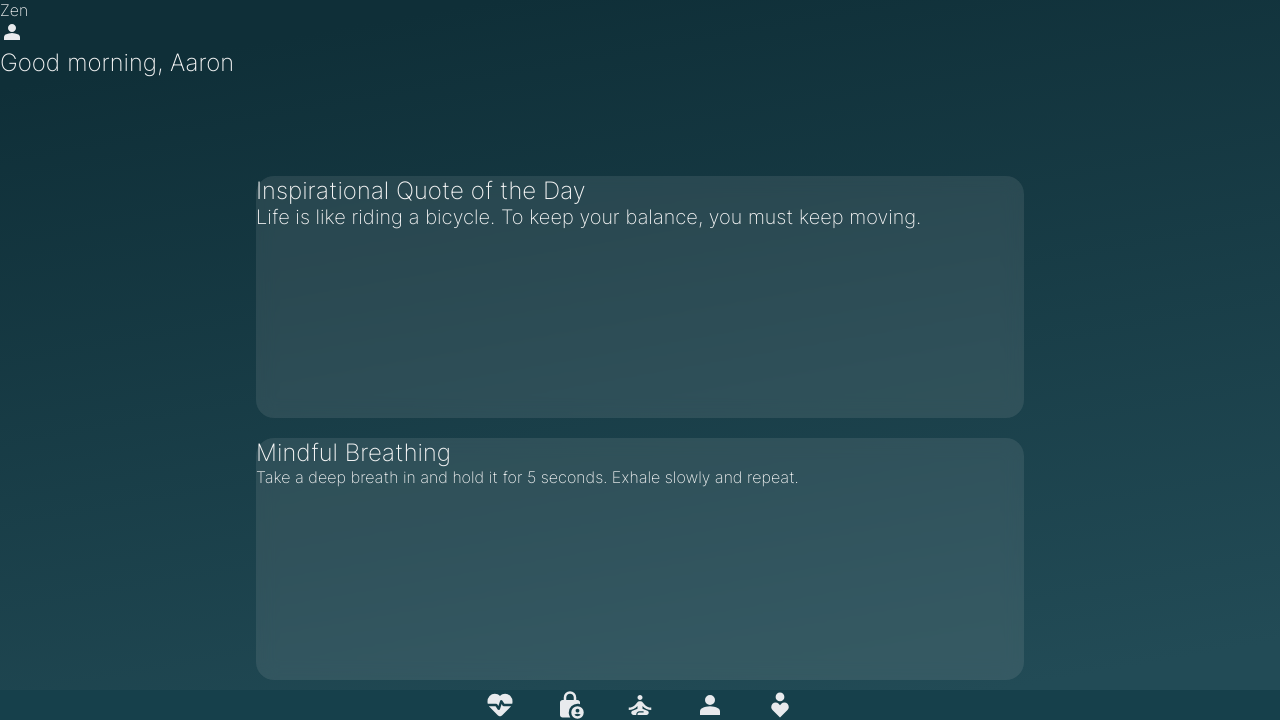
Repository: aaronw-dev/Zen
Page: dashboard.html
These files come from the project's save history. The page is drawn as it stood at one moment and after a run of saves; the edit follows.
The browser window is 1280 px wide. The pictures show the whole page.

Above is the page before, as saved 2024-06-08 13:52:23.

### dashboard.html
<!DOCTYPE html>
<html lang="en">

<head>
    <meta charset="UTF-8">
    <meta name="viewport" content="width=device-width, initial-scale=1.0">
    <title>Zen</title>
    <link rel="stylesheet" href="../static/colors.css">
    <link rel="stylesheet" href="../static/style.css">
</head>

<body>
    <div class="header">
        <logo src="../static/icons/crisis.svg">
        <span class="header-name">Zen</span>
    </div>
    <div class="profile-image">
        <img src="../static/icons/profile.svg">
        <h2>Good morning, Aaron</h2>
    </div>
    <div class="features">
        <div class="inspirational_quote">
            <h2 class="section-title">Inspirational Quote of the Day</h2>
            <p class="quote">Life is like riding a bicycle. To keep your balance, you must keep moving.</p>
        </div>
        <div class="mindful_breathing">
            <h2>Mindful Breathing</h2>
            <p>Take a deep breath in and hold it for 5 seconds. Exhale slowly and repeat.</p>
        </div>
    </div>
    <div class="bottom-icons">
        <img src="../static/icons/crisis.svg">
        <img src="../static/icons/journal.svg">
        <img src="../static/icons/meditate.svg">
        <img src="../static/icons/profile.svg">
        <img src="../static/icons/counselling.svg">
    </div>
</body>

</html>

### static/colors.css
:root {
    --text: #F6F6F6;
    --buttons: #0F2F38;
    --radial-bg: radial-gradient(89.12% 42.87% at 50.08% 50.93%, #2B606F 0%, #0D3642 100%);
    --linear-bg: linear-gradient(170deg, #0F2F38 9.2%, #224B56 91.67%);
}

### static/style.css
@font-face {
    font-family: Inter;
    src: url("./font/Inter-Bold.ttf");
    font-weight: bold;
}

@font-face {
    font-family: Inter;
    src: url("./font/Inter-ExtraLight.ttf");
    font-weight: lighter;
}

html {
    height: 100%;
}

body {
    height: 100%;
    margin: 0;
    background-repeat: no-repeat;
    background-attachment: fixed;
    background: var(--linear-bg);
}

* {
    font-family: Inter;
    color: var(--text);
    font-weight: lighter;
}

h1,
h2,
h3,
h4,
h5,
h6,
p {
    margin-top: 0;
    margin-bottom: 0;
}

.hero {
    position: absolute;
    left: 50%;
    transform: translateX(-50%);
    margin: auto;
    width: 40%;
    display: flex;
    flex-direction: column;
    align-items: center;
    top: 70px;
}

.hero img {
    width: 100%;
}

.hero-name {
    font-size: 60px;
}

.tagline {
    display: flex;
    flex-direction: column;
    align-items: center;
    line-height: 0.85;
    position: absolute;
    top: 50%;
    left: 50%;
    transform: translate(-50%, -50%);
    width: max-content;
}

.tagline span:nth-child(1) {
    font-weight: bold;
    font-size: 3.5em;
}

.tagline span:nth-child(2) {
    font-weight: lighter;
    font-size: 3.2em;
}

.action-buttons {
    display: flex;
    flex-direction: column;
    align-items: center;
    width: 60%;
    position: absolute;
    bottom: 40px;
    gap: 20px;
    left: 50%;
    transform: translateX(-50%);
}
.features {
    display: flex;
    flex-direction: column;
    align-items: center;
    height: 70%;
    width: 60%;
    position: absolute;
    bottom: 40px;
    gap: 20px;
    left: 50%;
    transform: translateX(-50%);
}
.action-buttons button {
    width: 100%;
    padding: 5px 30px;
    font-size: 25px;
    border: none;
    background-color: var(--buttons);
    border-radius: 15px;
}

.inspirational_quote{
    width: 100%;
    height: 100%;
    background: rgba(219.94, 219.94, 219.94, 0.11); border-radius: 18px;
    backdrop-filter: blur(8.90px);

}
.inspirational_quote p{
    font-size: 20px;
}
.mindful_breathing{
    width: 100%;
    height: 100%;
    background: rgba(219.94, 219.94, 219.94, 0.11); border-radius: 18px;
    backdrop-filter: blur(8.90px);
}

.bottom-icons {
    height: 30px;
    background: #16404B;
    display: flex;
    justify-content: center;
    position: absolute;
    bottom: 0px;
    width: 100%;
    gap: 40px;
}
.bottom-icons div {
    width: 30.61px;
    height: 43.72px;
    left: 10.93px;
    top: 4.37px;
    position: absolute;
    background: #F6F6F6;
    padding:10px;
    width: 50px;
    height: 50px;
}
.header{
    display: flex;
    align-items: center;
}
.header img {
    margin-right: auto;
}
.header-name {
    margin-left: auto;
}

.section-title{

}
.quote{
    quote
}

After the next 2 saves:
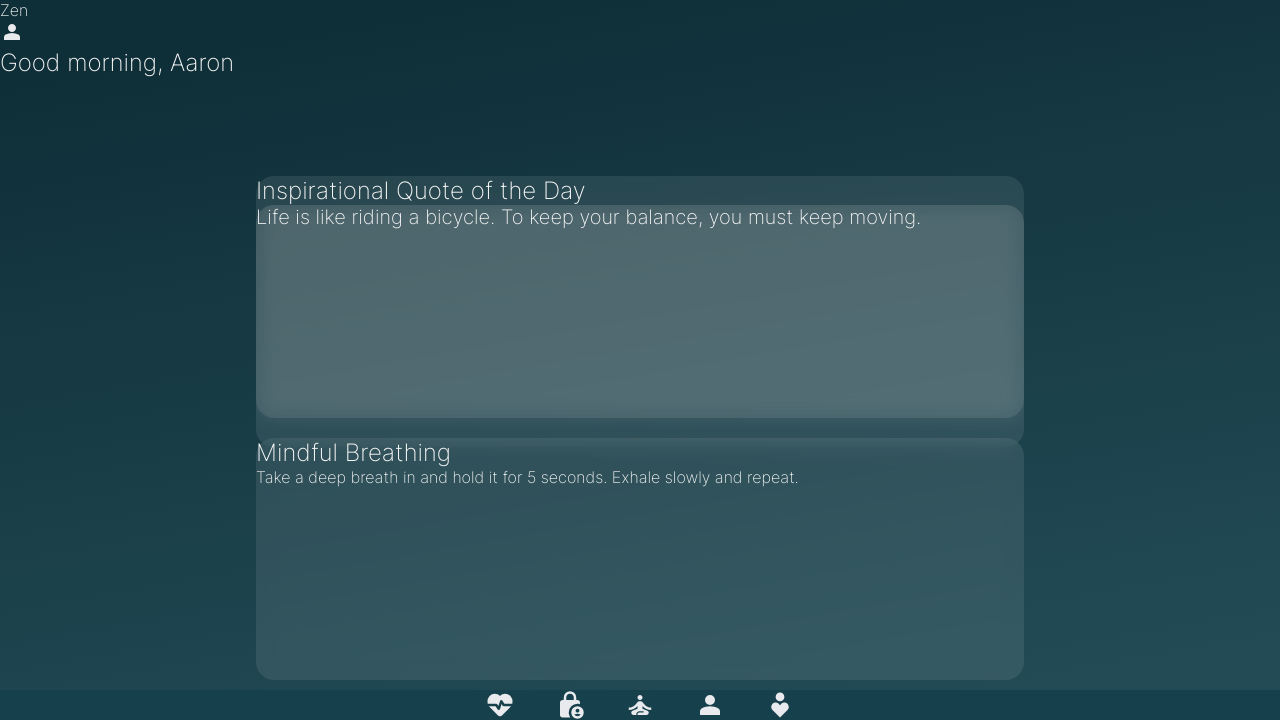
The 2 saves are shown as one change because they came seconds apart.
The last was saved 8 s later.
--- a/static/style.css
+++ b/static/style.css
@@ -166,5 +166,8 @@
 
 }
 .quote{
-    quote
+    width: 100%;
+    height: 100%;
+    background: rgba(219.94, 219.94, 219.94, 0.11); border-radius: 18px;
+    backdrop-filter: blur(8.90px);
 }

After the save that followed:
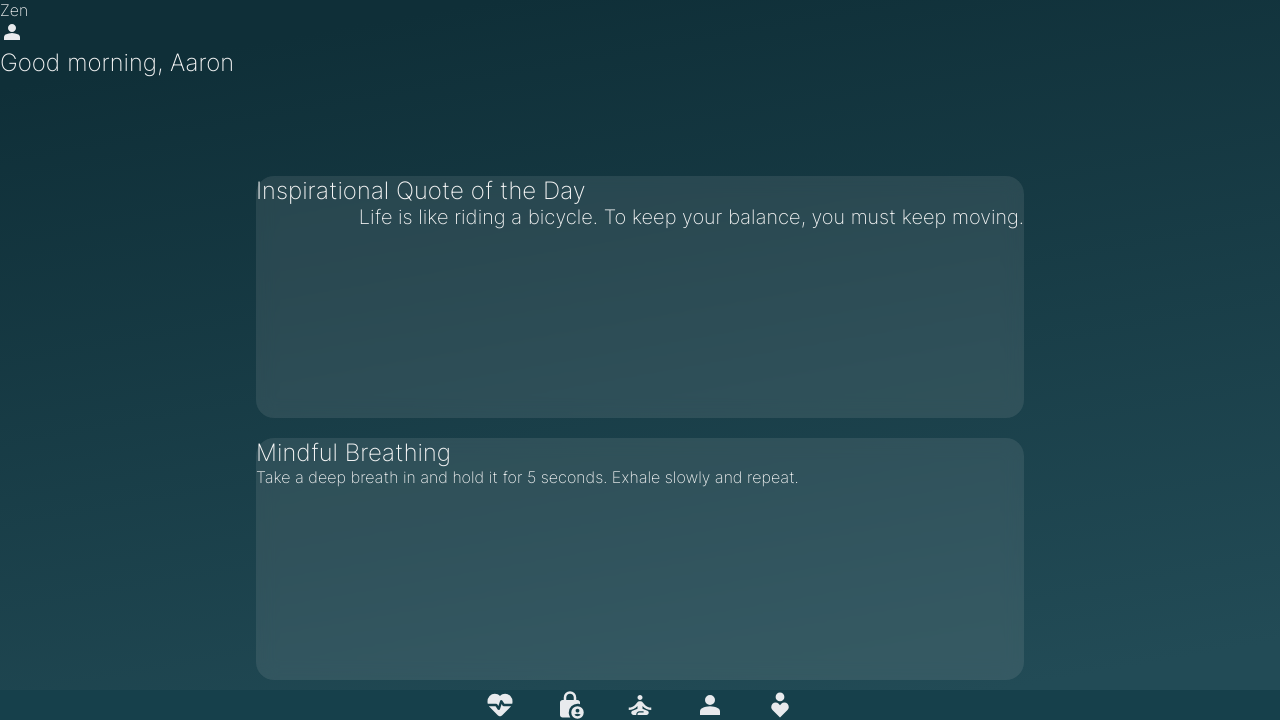
Saved 7 s later.
--- a/static/style.css
+++ b/static/style.css
@@ -166,8 +166,11 @@
 
 }
 .quote{
-    width: 100%;
-    height: 100%;
-    background: rgba(219.94, 219.94, 219.94, 0.11); border-radius: 18px;
-    backdrop-filter: blur(8.90px);
+    color: #F6F6F6;
+    text-align: right;
+    font-family: Inter;
+    font-size: 24px;
+    font-style: normal;
+    font-weight: 200;
+    line-height: normal;
 }
